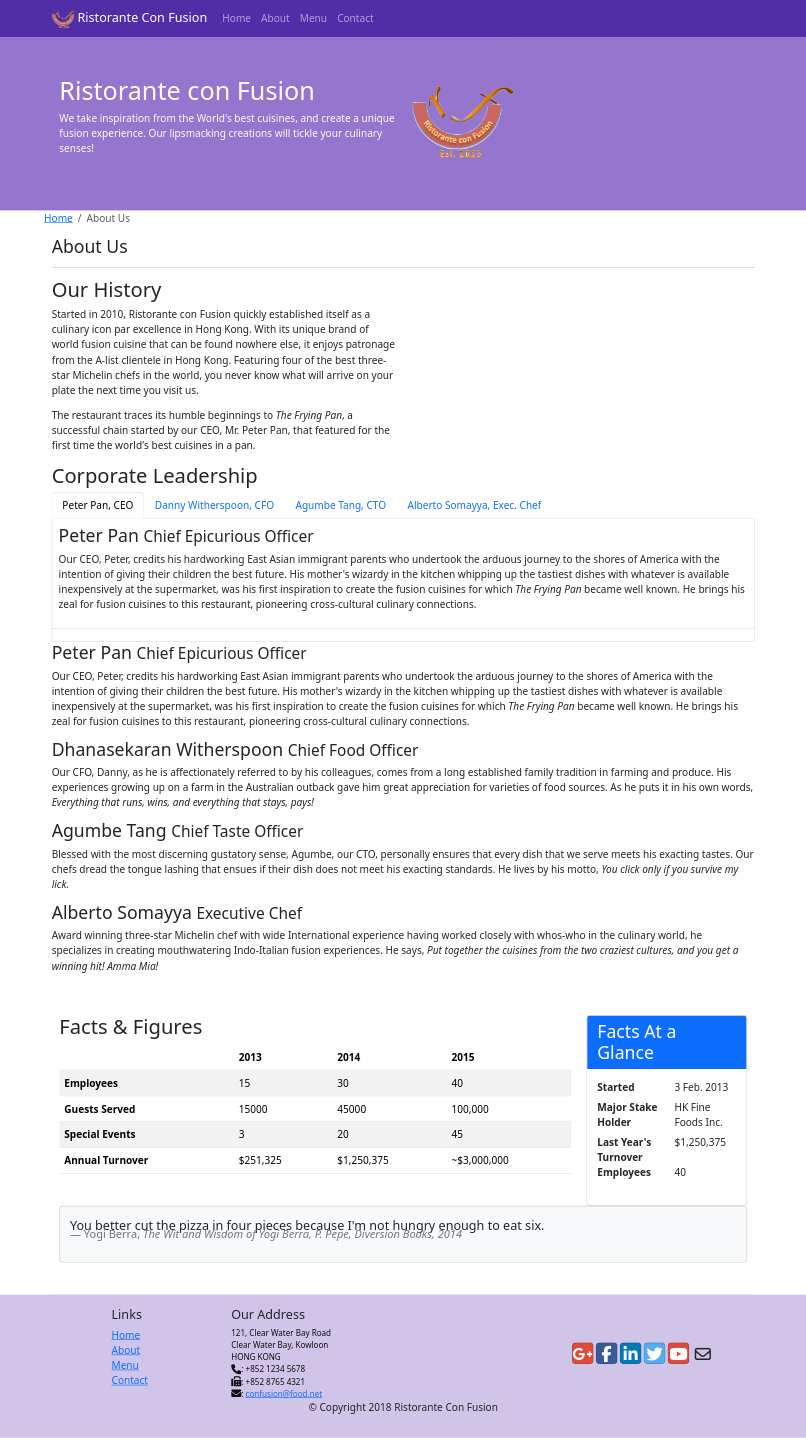
Repository: DungBuiTuan/FER201m
Page: aboutus.html
An editor plug-in stored every save of this project. The page is shown before and after the next save, followed by the edit.
The browser window is 1280 px wide. The pictures show the whole page, at 63% of full size.
Some web libraries are served in a nearby version.

Above is the page before, as saved 2023-05-20 10:24:13.

### aboutus.html
<!DOCTYPE html>
<html lang="en">
  <head>
    <title>Ristorante Con Fusion: About Us</title>
    <meta charset="utf-8" />
    <meta
      name="viewport"
      content="width=device-width, initial-scale=1, shrink-to-fit=no"
    />
    <meta http-equiv="x-ua-compatible" content="ie=edge" />
    <!-- Bootstrap CSS -->
    <link
      rel="stylesheet"
      href="node_modules/bootstrap/dist/css/bootstrap.min.css"
    />
    <link rel="stylesheet" href="node_modules/font-awesome/css/font-awesome.min.css">
    <link rel="stylesheet" href="node_modules/bootstrap-social/bootstrap-social.css">
    <link href="css/styles.css" rel="stylesheet" />
  </head>

  <body>
    <nav class="navbar navbar-dark navbar-expand-sm fixed-top">
      <div class="container">
        <button
          class="navbar-toggler"
          type="button"
          data-toggle="collapse"
          data-target="#Navbar"
        >
          <span class="navbar-toggler-icon"></span>
        </button>
        <a class="navbar-brand mr-auto" href="#"
          ><img src="img/img/logo.png" height="30" width="41" />Ristorante Con
          Fusion</a
        >
        <div class="collapse navbar-collapse" id="Navbar">
          <ul class="navbar-nav mr-auto">
            <li class="nav-item active">
              <a class="nav-link" href="index.html">Home</a>
            </li>
            <li class="nav-item">
              <a class="nav-link" href="./aboutus.html">About</a>
            </li>
            <li class="nav-item"><a class="nav-link" href="LAB1/Aboutus.html">Menu</a></li>
            <li class="nav-item"><a class="nav-link" href="contactus.html">Contact</a></li>
          </ul>
        </div>
      </div>
    </nav>
    <header class="jumbotron">
      <div class="container">
        <div class="row row-header">
          <div class="col-12 col-sm-6">
            <h1>Ristorante con Fusion</h1>
            <p>
              We take inspiration from the World's best cuisines, and create a
              unique fusion experience. Our lipsmacking creations will tickle
              your culinary senses!
            </p>
          </div>
          <div class="col-12 col-sm align-self-center">
            <img src="img/img/logo.png" class="img-fluid" />
          </div>
        </div>
      </div>
    </header>

    <div class="container">
      <div class="row">
          <ol class="col-12 breadcrumb">
              <li class="breadcrumb-item"><a href="./index.html">Home</a></li>
              <li class="breadcrumb-item active">About Us</li>
          </ol>
          <div class="col-12">
              <h3>About Us</h3>
              <hr>
          </div>
      </div>

      <div class="row">
          <div class="col-12 col-sm-6 col-md-6">
              <h2>Our History</h2>
              <p>Started in 2010, Ristorante con Fusion quickly established itself as a culinary icon par excellence
                  in Hong Kong. With its unique brand of world fusion cuisine that can be found nowhere else, it
                  enjoys patronage from the A-list clientele in Hong Kong. Featuring four of the best three-star
                  Michelin chefs in the world, you never know what will arrive on your plate the next time you visit
                  us.</p>
              <p>The restaurant traces its humble beginnings to <em>The Frying Pan</em>, a successful chain started by
                  our CEO, Mr. Peter Pan, that featured for the first time the world's best cuisines in a pan.</p>
          </div>
          <div>
          </div>
      </div>


      <div class="row">
          <div class="col col-sm col-md">
              <div>
                  <div>
                      <h2>Corporate Leadership</h2>
                      <ul class="nav nav-tabs">
                        <li class="nav-item">
                          <a class="nav-link active" href="#peter"
                            role="tab" data-toggle="tab">Peter Pan, CEO</a>
                        </li>
                        <li class="nav-item">
                          <a class="nav-link" href="#danny" role="tab"
                            data-toggle="tab">Danny Witherspoon, CFO</a>
                        </li>
                        <li class="nav-item">
                          <a class="nav-link" href="#agumbe"role="tab"
                            data-toggle="tab">Agumbe Tang, CTO</a>
                        </li>
                        <li class="nav-item">
                          <a class="nav-link" href="#alberto" role="tab"
                            data-toggle="tab">Alberto Somayya, Exec. Chef</a>
                        </li>
                    </ul>
                    <div class="tab-content">
                      <div role="tabpanel" class="tab-pane fade show active" id="peter">
                        <h3>Peter Pan <small>Chief Epicurious Officer</small></h3>
                        <div class="d-none d-sm-block">
                          <p>Our CEO, Peter, credits his hardworking East Asian immigrant parents who undertook the
                              arduous journey to the shores of America with the intention of giving their children the
                              best future. His mother's wizardy in the kitchen whipping up the tastiest dishes with
                              whatever is available inexpensively at the supermarket, was his first inspiration to create
                              the fusion cuisines for which <em>The Frying Pan</em> became well known. He brings his zeal
                              for fusion cuisines to this restaurant, pioneering cross-cultural culinary connections.</p>
                      </div>
                    </div>
                  </div>
                  <div class="tab-content">
                    <div role="tabpanel" class="tab-pane fade show " id="danny">
                      <h3>Peter Pan <small>Chief Epicurious Officer</small></h3>
                      <div class="d-none d-sm-block">
                        <p>Our CEO, Peter, credits his hardworking East Asian immigrant parents who undertook the
                            arduous journey to the shores of America with the intention of giving their children the
                            best future. His mother's wizardy in the kitchen whipping up the tastiest dishes with
                            whatever is available inexpensively at the supermarket, was his first inspiration to create
                            the fusion cuisines for which <em>The Frying Pan</em> became well known. He brings his zeal
                            for fusion cuisines to this restaurant, pioneering cross-cultural culinary connections.</p>
                    </div>
                  </div>
                </div>
                      <h3>Peter Pan <small>Chief Epicurious Officer</small></h3>
                  </div>
                  <div class="d-none d-sm-block">
                      <p>Our CEO, Peter, credits his hardworking East Asian immigrant parents who undertook the
                          arduous journey to the shores of America with the intention of giving their children the
                          best future. His mother's wizardy in the kitchen whipping up the tastiest dishes with
                          whatever is available inexpensively at the supermarket, was his first inspiration to create
                          the fusion cuisines for which <em>The Frying Pan</em> became well known. He brings his zeal
                          for fusion cuisines to this restaurant, pioneering cross-cultural culinary connections.</p>
                  </div>
              </div>
              <div>
                  <div>
                      <h3>Dhanasekaran Witherspoon <small>Chief Food Officer</small></h3>
                  </div>
                  <div class="d-none d-sm-block">
                      <p>Our CFO, Danny, as he is affectionately referred to by his colleagues, comes from a long
                          established family tradition in farming and produce. His experiences growing up on a farm in
                          the Australian outback gave him great appreciation for varieties of food sources. As he puts
                          it in his own words, <em>Everything that runs, wins, and everything that stays, pays!</em>
                      </p>
                  </div>
              </div>
              <div>
                  <div>
                      <h3>Agumbe Tang <small>Chief Taste Officer</small></h3>
                  </div>
                  <div class="d-none d-sm-block">
                      <p>Blessed with the most discerning gustatory sense, Agumbe, our CTO, personally ensures that
                          every dish that we serve meets his exacting tastes. Our chefs dread the tongue lashing that
                          ensues if their dish does not meet his exacting standards. He lives by his motto, <em>You
                              click only if you survive my lick.</em></p>
                  </div>
              </div>
              <div>
                  <div>
                      <h3>Alberto Somayya <small>Executive Chef</small></h3>
                  </div>
                  <div class="d-none d-sm-block">
                      <p>Award winning three-star Michelin chef with wide International experience having worked
                          closely with whos-who in the culinary world, he specializes in creating mouthwatering
                          Indo-Italian fusion experiences. He says, <em>Put together the cuisines from the two
                              craziest cultures, and you get a winning hit! Amma Mia!</em></p>
                  </div>
              </div>
          </div>

      </div>
      <div class="row row-content">
          <div class="col-12 col-sm-9">
              <h2>Facts &amp; Figures</h2>
              <div class="table-responsive">
                  <table class="table table-striped">
                      <thead class="thead-dark thead-inverse" >
                          <tr>
                              <th>&nbsp;</th>
                              <th>2013</th>
                              <th>2014</th>
                              <th>2015</th>
                          </tr>
                      </thead>
                      <tbody>
                          <tr>
                              <th>Employees</th>
                              <td>15</td>
                              <td>30</td>
                              <td>40</td>
                          </tr>
                          <tr>
                              <th>Guests Served</th>
                              <td>15000</td>
                              <td>45000</td>
                              <td>100,000</td>
                          </tr>
                          <tr>
                              <th>Special Events</th>
                              <td>3</td>
                              <td>20</td>
                              <td>45</td>
                          </tr>
                          <tr>
                              <th>Annual Turnover</th>
                              <td>$251,325</td>
                              <td>$1,250,375</td>
                              <td>~$3,000,000</td>
                          </tr>
                      </tbody>
                  </table>
              </div>

          </div>
           <div class="col-12 col-sm-3">
                  <div class="card">
                      <h3 class="card-header bg-primary text-white">Facts At a Glance</h3>
                      <div class="card-body">
                          <dl class="row">
                              <dt class="col-6">Started</dt>
                              <dd class="col-6">3 Feb. 2013</dd>
                              <dt class="col-6">Major Stake Holder</dt>
                              <dd class="col-6">HK Fine Foods Inc.</dd>
                              <dt class="col-6">Last Year's Turnover</dt>
                              <dd class="col-6">$1,250,375</dd>
                              <dt class="col-6">Employees</dt>
                              <dd class="col-6">40</dd>
                          </dl>
                      </div>
                  </div>


          </div>
          <div class="col-12">
              <div class="card card-body bg-light">
                  <blockquote class="blockquote">
                      <p class="mb-0">You better cut the pizza in four pieces because
                          I'm not hungry enough to eat six.</p>
                      <footer class="blockquote-footer">Yogi Berra,
                          <cite title="Source Title">The Wit and Wisdom of Yogi Berra,
                          P. Pepe, Diversion Books, 2014</cite>
                      </footer>
                  </blockquote>
              </div>
          </div>

     </div>



  </div>
    <footer class="footer">
      <div class="container">
        <div class="row">
          <div class="col-4 offset-1 col-sm-2">
            <h5>Links</h5>
            <ul class="list-unstyled">
              <li><a href="#">Home</a></li>
              <li><a href="#">About</a></li>
              <li><a href="#">Menu</a></li>
              <li><a href="#">Contact</a></li>
            </ul>
          </div>
          <div class="col-7 col-sm-5">
            <h5>Our Address</h5>
            <address>
              121, Clear Water Bay Road<br />
              Clear Water Bay, Kowloon<br />
              HONG KONG<br />
              <i class="fa fa-phone fa-lg"></i>: +852 1234 5678<br />
              <i class="fa fa-fax fa-lg"></i>: +852 8765 4321<br />
              <i class="fa fa-envelope fa-lg"></i>:
              <a href="mailto:confusion@food.net">confusion@food.net</a>
            </address>
          </div>
          <div class="col-12 col-sm-4 align-self-center">
            <div class="text-center">
              <a
                class="btn btn-social-icon btn-google"
                href="http://google.com/+"
                ><i class="fa fa-google-plus"></i
              ></a>
              <a
                class="btn btn-social-icon btn-facebook"
                href="http://www.facebook.com/profile.php?id="
                ><i class="fa fa-facebook"></i
              ></a>
              <a
                class="btn btn-social-icon btn-linkedin"
                href="http://www.linkedin.com/in/"
                ><i class="fa fa-linkedin"></i
              ></a>
              <a
                class="btn btn-social-icon btn-twitter"
                href="http://twitter.com/"
                ><i class="fa fa-twitter"></i
              ></a>
              <a
                class="btn btn-social-icon btn-google"
                href="http://youtube.com/"
                ><i class="fa fa-youtube"></i
              ></a>
              <a class="btn btn-social-icon" href="mailto:"
                ><i class="fa fa-envelope-o"></i
              ></a>
            </div>
          </div>
        </div>
        <div class="row justify-content-center">
          <div class="col-auto">
            <p>© Copyright 2018 Ristorante Con Fusion</p>
          </div>
        </div>
      </div>
    </footer>
    <script src="node_modules/jquery/dist/jquery.slim.min.js"></script>
    <script src="node_modules/popper.js/dist/umd/popper.min.js"></script>
    <script src="node_modules/bootstrap/dist/js/bootstrap.min.js"></script>
  </body>
</html>

### css/styles.css
body{
    padding:50px 0px 0px 0px;
    z-index:0;
}

.navbar-dark {
     background-color: #512DA8;
}

.row-header{
    margin:0px auto;
    padding:0px;
}

.row-content {
    margin:0px auto;
    padding: 50px 0px 50px 0px;
    border-bottom: 1px ridge;
    min-height:400px;
}

.footer{
    background-color: #D1C4E9;
    margin:0px auto;
    padding: 20px 0px 20px 0px;
}

.jumbotron {
    padding:70px 30px 70px 30px;
    margin:0px auto;
    background: #9575CD ;
    color:floralwhite;
}

address{
    font-size:80%;
    margin:0px;
    color:#0f0f0f;
}

.tab-content {
    border-left: 1px solid #ddd;
    border-right: 1px solid #ddd;
    border-bottom: 1px solid #ddd;
    padding: 10px;
}

Loaded but not shown: LAB1/bootstrap-social.css (library)

After the next save:
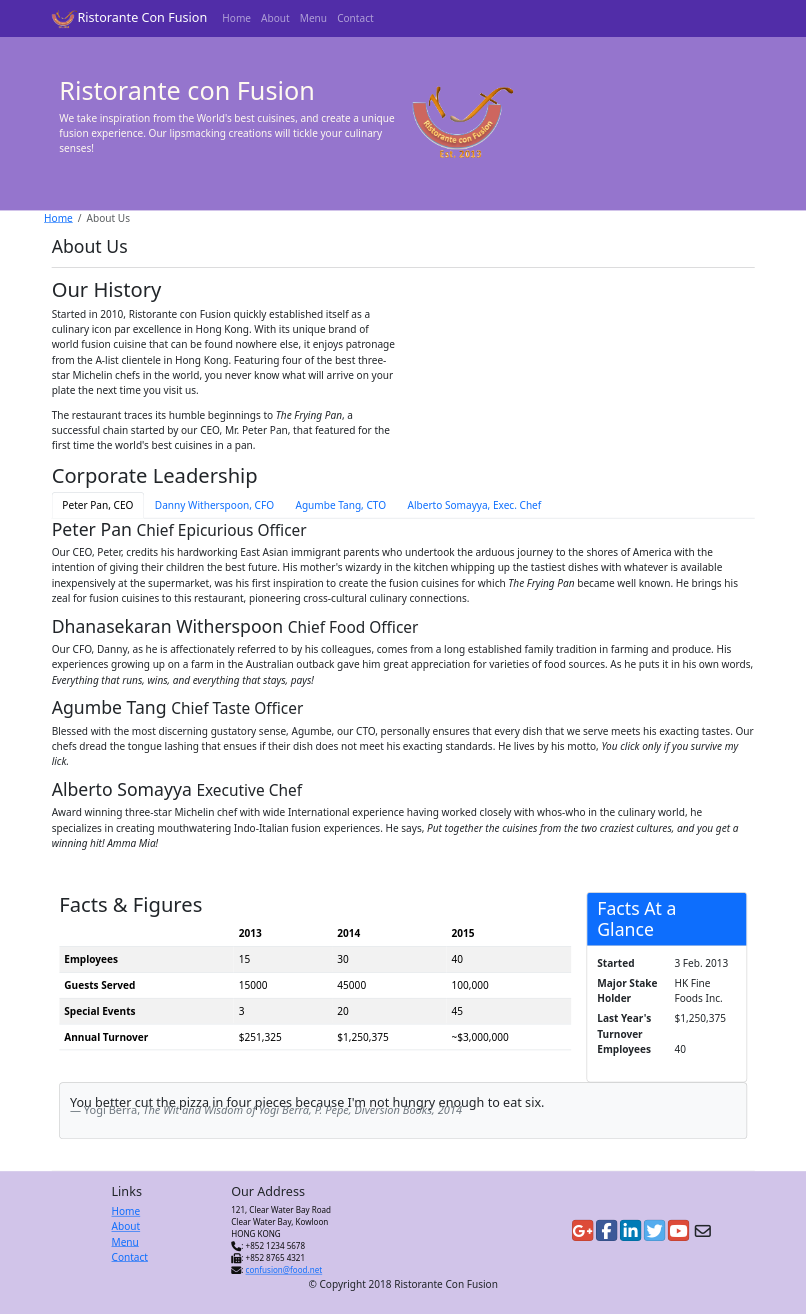
Saved 80 s later.
--- a/aboutus.html
+++ b/aboutus.html
@@ -116,32 +116,6 @@
                             data-toggle="tab">Alberto Somayya, Exec. Chef</a>
                         </li>
                     </ul>
-                    <div class="tab-content">
-                      <div role="tabpanel" class="tab-pane fade show active" id="peter">
-                        <h3>Peter Pan <small>Chief Epicurious Officer</small></h3>
-                        <div class="d-none d-sm-block">
-                          <p>Our CEO, Peter, credits his hardworking East Asian immigrant parents who undertook the
-                              arduous journey to the shores of America with the intention of giving their children the
-                              best future. His mother's wizardy in the kitchen whipping up the tastiest dishes with
-                              whatever is available inexpensively at the supermarket, was his first inspiration to create
-                              the fusion cuisines for which <em>The Frying Pan</em> became well known. He brings his zeal
-                              for fusion cuisines to this restaurant, pioneering cross-cultural culinary connections.</p>
-                      </div>
-                    </div>
-                  </div>
-                  <div class="tab-content">
-                    <div role="tabpanel" class="tab-pane fade show " id="danny">
-                      <h3>Peter Pan <small>Chief Epicurious Officer</small></h3>
-                      <div class="d-none d-sm-block">
-                        <p>Our CEO, Peter, credits his hardworking East Asian immigrant parents who undertook the
-                            arduous journey to the shores of America with the intention of giving their children the
-                            best future. His mother's wizardy in the kitchen whipping up the tastiest dishes with
-                            whatever is available inexpensively at the supermarket, was his first inspiration to create
-                            the fusion cuisines for which <em>The Frying Pan</em> became well known. He brings his zeal
-                            for fusion cuisines to this restaurant, pioneering cross-cultural culinary connections.</p>
-                    </div>
-                  </div>
-                </div>
                       <h3>Peter Pan <small>Chief Epicurious Officer</small></h3>
                   </div>
                   <div class="d-none d-sm-block">
